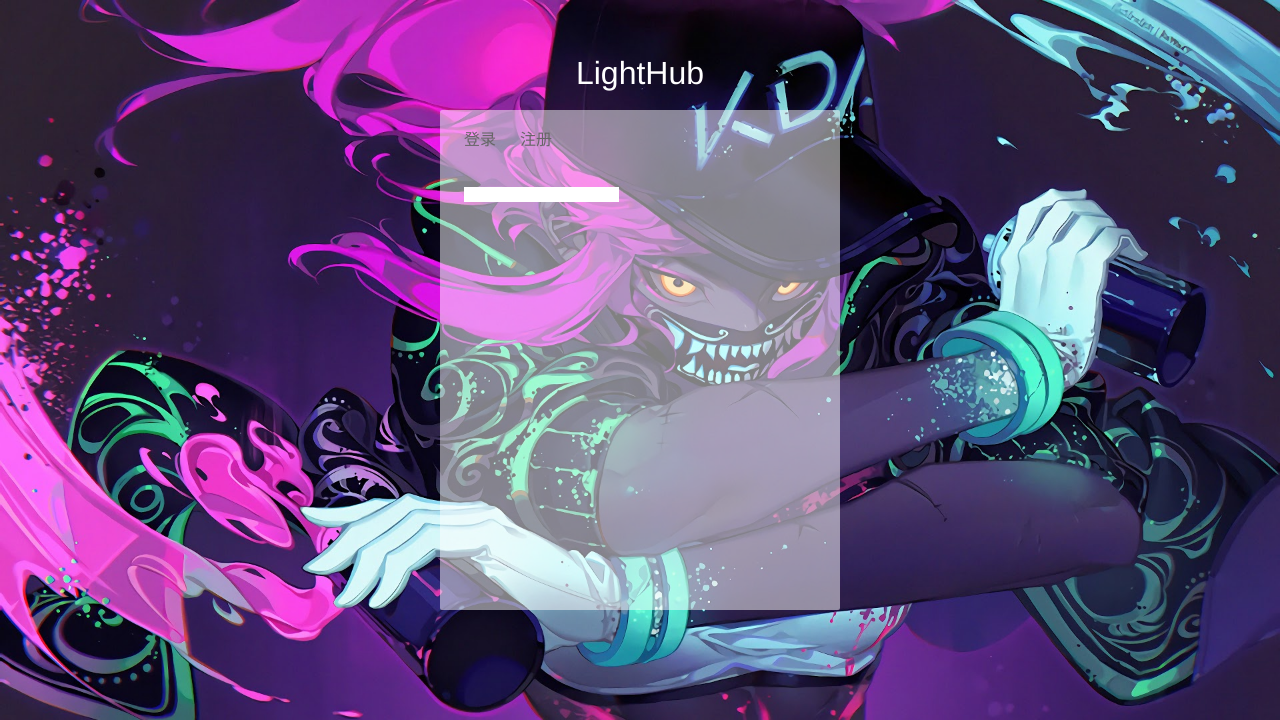
Repository: Martinell1/LightHub
Page: /login (app in LightHub/)
These files come from the project's save history. The page is drawn as it stood at one moment and after the next save; the edit follows.
The browser window is 1280 px wide. The pictures show the whole page.
The project was rebuilt for these pictures with package versions that can differ from the ones it lists, and the page was loaded fresh each time. Also part of the build but not shown: LightHub/vite.config.ts.

Above is the page before, as saved 2021-11-21 00:08:43.

### LightHub/src/main.ts
import { createApp } from 'vue'
import App from './App.vue'
import router from './router'
import store from './store'

createApp(App)
  .use(router)
  .use(store)
  .mount('#app')

### LightHub/src/App.vue
<template>
  <router-view></router-view>
</template>

<script setup lang="ts">

</script>

<style lang="scss">
@import "../src/css/app.scss";
</style>

### LightHub/src/router/index.ts
import { createRouter, createWebHistory } from 'vue-router'

const routes: Array<any> = [
  {
    path: '/login',
    name: 'Login',
    component: () => import('../views/Login.vue')
  },
  {
    path: '/',
    name: 'Main_Layout',
    component: () => import('../layout/Main_Layout.vue'),
    children: [
      {
        path: '/',
        name: 'Home',
        component: () => import('../views/Home.vue'),
      },
    ]
  }
]

const router = createRouter({
  history: createWebHistory(),
  routes
})


export default router

### LightHub/src/css/app.scss
:root{

}
/*css 初始化 */
html, body, ul, li, ol, dl, dd, dt, p, h1, h2, h3, h4, h5, h6,
form, fieldset, legend, img { margin:0; padding:0;}
fieldset, img,input,button { border:none; padding:0;margin:0;outline-style:none; }
ul, ol { list-style:none; }
input { padding-top:0; padding-bottom:0; font-family: "SimSun","宋体";}
select, input { vertical-align:middle; }
select, input, textarea { font-size:12px; margin:0; }
textarea { resize:none; }
img {border:0;    vertical-align:middle;}
table { border-collapse:collapse; }
body {
    font:16px Helvetica,Arial,sans-serif,Verdana,"\5b8b\4f53";
    color:#666;
    background:#fff
}
.clearfix:before,.clearfix:after{
    content:"";
    display:table;
}
.clearfix:after{clear:both;}
.clearfix{
    *zoom:1;/*IE/7/6*/
}
a{color:#666; text-decoration:none; }
a:hover{color:lightcoral;}
h1,h2,h3,h4,h5,h6{text-decoration:none;font-weight:normal;}
s,i,em{font-style:normal;text-decoration:none;}
.col-red{color: #C81623!important;}

::-webkit-scrollbar {
  width: 0 !important;
}
::-webkit-scrollbar {
  width: 0 !important;height: 0;
}

*{
  box-sizing: border-box;
}

/*公共类*/
.w{
    width: 1080px;margin:0 auto;
}
.fl {
    float:left
}
.fr {
    float:right
}
.al {
    text-align:left
}
.ac {
    text-align:center
}
.ar {
    text-align:right
}
.hide {
    display:none
}

.word-btn{
  line-height: 60px;
  height: 60px;
  cursor: pointer;
  margin-right: 24px;

  &:hover{
    font-weight: 600;
    color: #121212;
    border-bottom: 3px solid blue;
  }
}

### LightHub/src/views/Login.vue
<template>
  <div class="login-page">
    <div class="login-wrap">
      <div class="login-title">
        <h1>LightHub</h1>
      </div>
      <div class="login-tabs">
        <div class="login-tab word-btn">登录</div>
        <div class="login-tab word-btn">注册</div>
      </div>
      <div class="login-form">
        <div class="login-form-item">
          <input class="input" />
        </div>
      </div>
    </div>
  </div>
</template>

<script setup lang="ts">


</script>
<style lang='scss' scoped>
.login-page {
  display: flex;
  align-items: center;
  justify-content: center;
  width: 100vw;
  height: 100vh;
  background-image: url("../../src/assets/images/login-bg.jpg");
  background-size: cover;
  background-repeat: no-repeat;

  .login-wrap {
    position: relative;
    width: 400px;
    height: 500px;
    padding: 0 24px;
    border-radius: 2px;
    background-color: rgba($color: #ffffff, $alpha: 0.5);

    .login-title {
      position: absolute;
      left: 50%;
      transform: translate(-50%, -150%);
      color: white;
    }
  }

  .login-tabs {
    .login-tab {
      display: inline-block;
    }
  }

  .login-form {
    .login-form-item {
      line-height: 48px;
      height: 48px;
    }
  }
}
</style>

Loaded but not shown: LightHub/index.html (common file); LightHub/src/store/index.js (no copy from this time; the picture is the same without it)

After the next save:
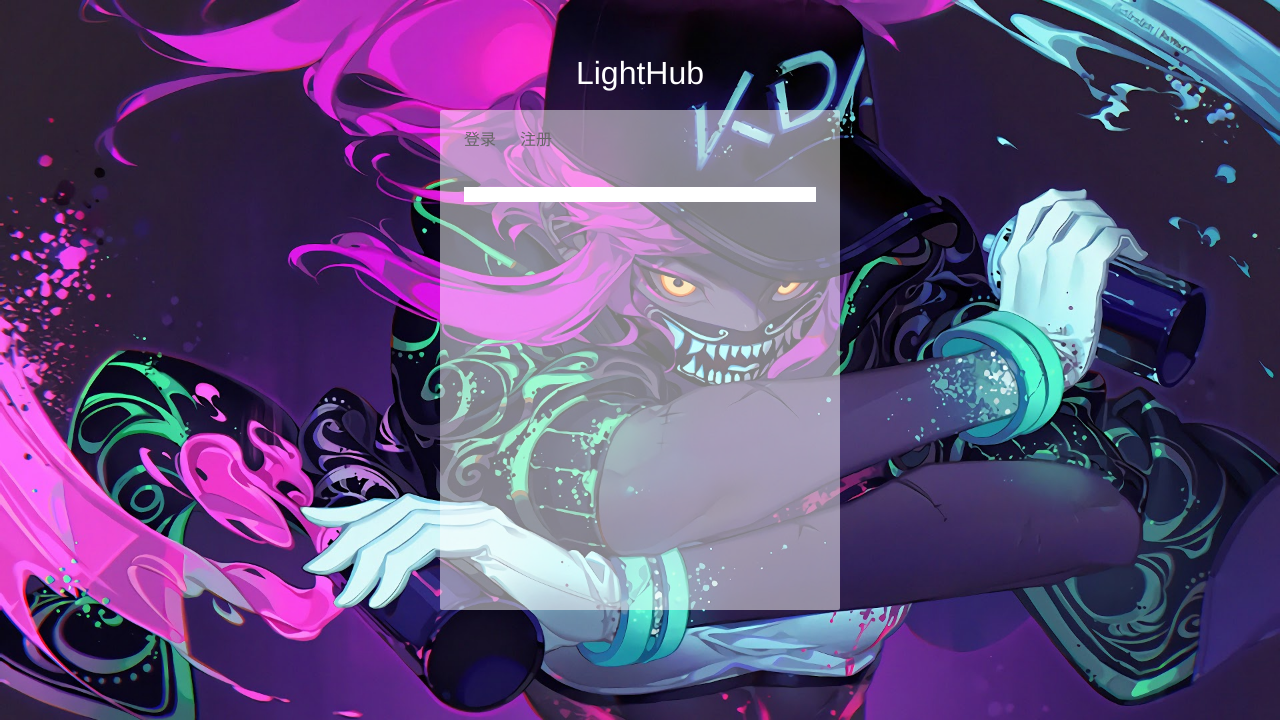
Saved 12 s later.
--- a/LightHub/src/views/Login.vue
+++ b/LightHub/src/views/Login.vue
@@ -58,6 +58,10 @@
     .login-form-item {
       line-height: 48px;
       height: 48px;
+
+      input {
+        width: 100%;
+      }
     }
   }
 }
